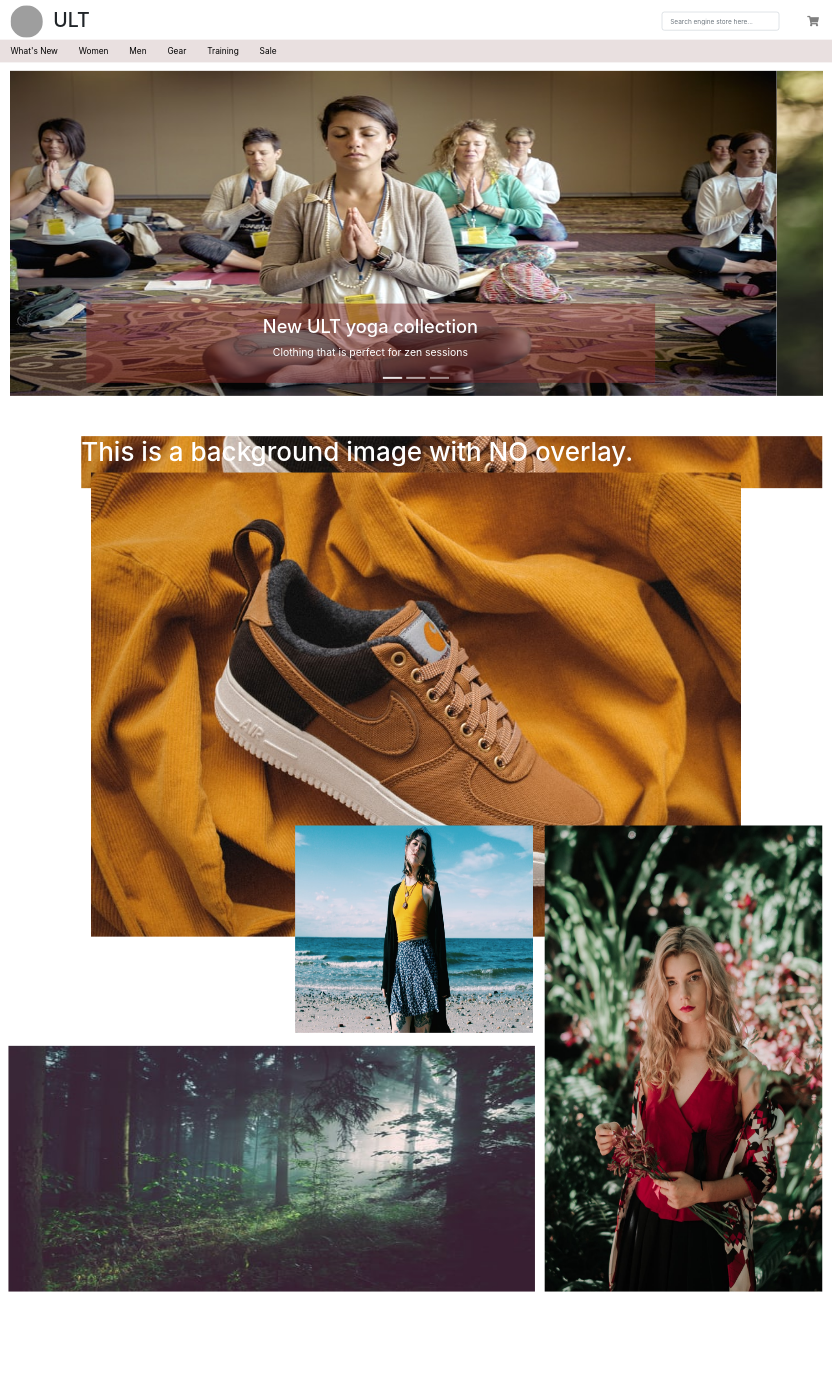
Repository: Ajtheult/Luma-Challenge-Site
Page: /
These files come from the project's save history. The page is drawn as it stood at one moment and after the next save; the edit follows.
The browser window is 1280 px wide. The pictures show the whole page, at 65% of full size.
Pictures or frames that could not be fetched are drawn as grey boxes. The project was rebuilt for these pictures with package versions that can differ from the ones it lists, and the page was loaded fresh each time.

Above is the page before, as saved 2020-08-31 11:53:03.

### public/index.html
<!DOCTYPE html>
<html lang="en">
  <head>
    <meta charset="utf-8" />
    <link rel="icon" href="%PUBLIC_URL%/favicon.ico" />
    <meta name="viewport" content="width=device-width, initial-scale=1" />
    <meta name="theme-color" content="#000000" />
    <meta
      name="description"
      content="Web site created using create-react-app"
    />

    <link rel="manifest" href="%PUBLIC_URL%/manifest.json" />
    <!-- Font Awesome -->
    <link
      rel="stylesheet"
      href="https://use.fontawesome.com/releases/v5.7.2/css/all.css"
      integrity="sha384-fnmOCqbTlWIlj8LyTjo7mOUStjsKC4pOpQbqyi7RrhN7udi9RwhKkMHpvLbHG9Sr"
      crossorigin="anonymous"
    />
    <!-- Font Awesome -->
    <title>E-complete</title>
  </head>
  <body>
    <noscript>You need to enable JavaScript to run this app.</noscript>
    <div id="root"></div>
  </body>
</html>

### src/App.js
import React from "react";

// Imported modules
import { BrowserRouter as Router, Switch, Route } from "react-router-dom";
// Imported modules

// Imported pages
import Home from "./components/layout/pages/Home";
// Imported pages

// Global css
import "./App.css";
// Global css

function App() {
  return (
    <Router>
      <div className="App">
        <Switch>
          <Route exact path="/" component={Home} />
        </Switch>
      </div>
    </Router>
  );
}

export default App;

### src/components/layout/pages/Home.js
import React from "react";
import Navbar from "../nav/Navbar";
import Container from "react-bootstrap/Container";
import Row from "react-bootstrap/Row";
import Col from "react-bootstrap/Col";
import Carousel from "react-bootstrap/Carousel";
// Images
import yoga from "../resources/yoga.jpg";
import yogatwo from "../resources/yoga-two.jpg";
import yogathree from "../resources/yoga-three.jpg";

import shoe from "../resources/shoe.jpg";
import hoodie from "../resources/hoodie.jpg";
import beach from "../resources/beach.jpg";
import garden from "../resources/garden.jpg";
import forest from "../resources/forest.jpg";

import "./Home.css";

const Home = () => {
  return (
    <div>
      <Navbar />
      <Container fluid>
        <Row>
          <Col>
            {/* Carousel */}
            <Carousel>
              <Carousel.Item>
                <img
                  className="d-block w-100 top_size"
                  src={yoga}
                  alt="First slide"
                />
                <Carousel.Caption>
                  <h3>New ULT yoga collection</h3>
                  <p>Clothing that is perfect for zen sessions</p>
                </Carousel.Caption>
              </Carousel.Item>
              <Carousel.Item>
                <img
                  className="d-block w-100 top_size"
                  src={yogatwo}
                  alt="Third slide"
                />

                <Carousel.Caption>
                  <h3>New ULT yoga collection</h3>
                  <p>Beautiful bracelets to fit the look</p>
                </Carousel.Caption>
              </Carousel.Item>
              <Carousel.Item>
                <img
                  className="d-block w-100 top_size"
                  src={yogathree}
                  alt="Third slide"
                />

                <Carousel.Caption>
                  <h3>New ULT yoga collection</h3>
                  <p>Be happy...like her...don't you wanna be happy?</p>
                </Carousel.Caption>
              </Carousel.Item>
            </Carousel>
          </Col>
        </Row>
        <Row>
          <Col>
            <div class="container bg-no-overlay">
              <div class="row text-center">
                <h1>This is a background image with NO overlay.</h1>
              </div>
            </div>
          </Col>
          <Col>
            <img src={shoe} alt="shoe" className="clothing_size" />
          </Col>
        </Row>
        <Row>
          <Col>
            <img src={beach} alt="beach" className="middle_size" />
          </Col>
          <Col>
            <img src={garden} alt="hoodie" className="right_size" />
          </Col>
        </Row>
        <Row>
          <Col>
            <img src={forest} alt="hoodie" className="bottom_size" />
          </Col>
        </Row>
      </Container>
    </div>
  );
};

export default Home;

### src/components/layout/nav/Navbar.js
import React from "react";
import Nav from "react-bootstrap/Nav";

import Form from "react-bootstrap/Form";

import "./Navbar.css";

const Navbar = () => {
  return (
    <div>
      <Nav className="justify-content-left" activeKey="/home">
        <Nav.Link href="/home">
          <img
            src="https://images.unsplash.com/photo-1462899006636-339e08d1844e?ixlib=rb-1.2.1&ixid=eyJhcHBfaWQiOjEyMDd9&auto=format&fit=crop&w=1050&q=80"
            alt="logo"
            className="logo"
          />
        </Nav.Link>
        <h6 className="logo-text">ULT</h6>
        <Nav.Link className="search_bar">
          {" "}
          <Form>
            <Form.Row>
              <Form.Group>
                <Form.Control
                  className="search_bar"
                  type="search"
                  placeholder="Search engine store here... "
                />
              </Form.Group>
            </Form.Row>
          </Form>
        </Nav.Link>
        <Nav.Link></Nav.Link>
        <i class="fas fa-shopping-cart icon"></i>
      </Nav>
      <Nav className="justify-content-left bottom_nav" activeKey="/home">
        <Nav.Item>
          <Nav.Link href="#" className="colour_of_nav_text">
            What's New
          </Nav.Link>
        </Nav.Item>
        <Nav.Item>
          <Nav.Link href="#" className="colour_of_nav_text">
            Women
          </Nav.Link>
        </Nav.Item>
        <Nav.Item>
          <Nav.Link href="#" className="colour_of_nav_text">
            Men
          </Nav.Link>
        </Nav.Item>
        <Nav.Item>
          <Nav.Link href="#" className="colour_of_nav_text">
            Gear
          </Nav.Link>
        </Nav.Item>
        <Nav.Item>
          <Nav.Link href="#" className="colour_of_nav_text">
            Training
          </Nav.Link>
        </Nav.Item>
        <Nav.Item>
          <Nav.Link href="#" className="colour_of_nav_text">
            Sale
          </Nav.Link>
        </Nav.Item>
      </Nav>
    </div>
  );
};

export default Navbar;

### src/components/layout/pages/Home.css
.top_size {
  width: 100%;
  height: 500px;
  margin-top: 1%;
}

.bg-no-overlay {
  /* Left */
  background: url("../resources/hoodie.jpg");
  background-repeat: no-repeat;
  background-size: cover;
  background-position: center center;
  color: #fff;
  float: left;
  width: 70%;
  height: 117.5%;
  margin-top: 5%;
}

.bg-no-overlay {
  /* top */
  background: url("../resources/shoe.jpg");
  background-repeat: no-repeat;
  background-size: cover;
  background-position: center center;
  color: #fff;
  width: 132%;
  height: 67%;
  margin-top: 5%;
  float: right;
}

.middle_size {
  width: 60%;
  height: 70%;
  margin-top: -28%;
  margin-left: 72%;
  z-index: -1;
}

.right_size {
  width: 70%;
  height: 157.5%;
  margin-top: -28%;
  margin-left: 20%;
  float: right;
  z-index: -1;
}

.bottom_size {
  width: 64.8%;
  height: 150%;
  margin-top: -23%;
  margin-left: -35.5%;
  z-index: -1;
}

.carousel-caption {
  background-color: rgba(129, 41, 41, 0.493);
  width: 70%;
}

### src/components/layout/nav/Navbar.css
.bottom_nav {
  background-color: rgb(233, 224, 224);
  margin-top: -10px;
}

.colour_of_nav_text {
  color: black;
  font-size: 80%;
}

.logo {
  width: 50px;
  height: 50px;
  border-radius: 50%;
}

.logo-text {
  margin-top: 13px;
  font-size: 30px;
}

.search_bar {
  margin-left: auto;
  margin-top: 5px;
  font-size: 10px;
}

.icon {
  margin-top: 25px;
  margin-right: 20px;
  color: grey;
}

Loaded but not shown: src/index.js (common file); src/App.css (common file)

After the next save:
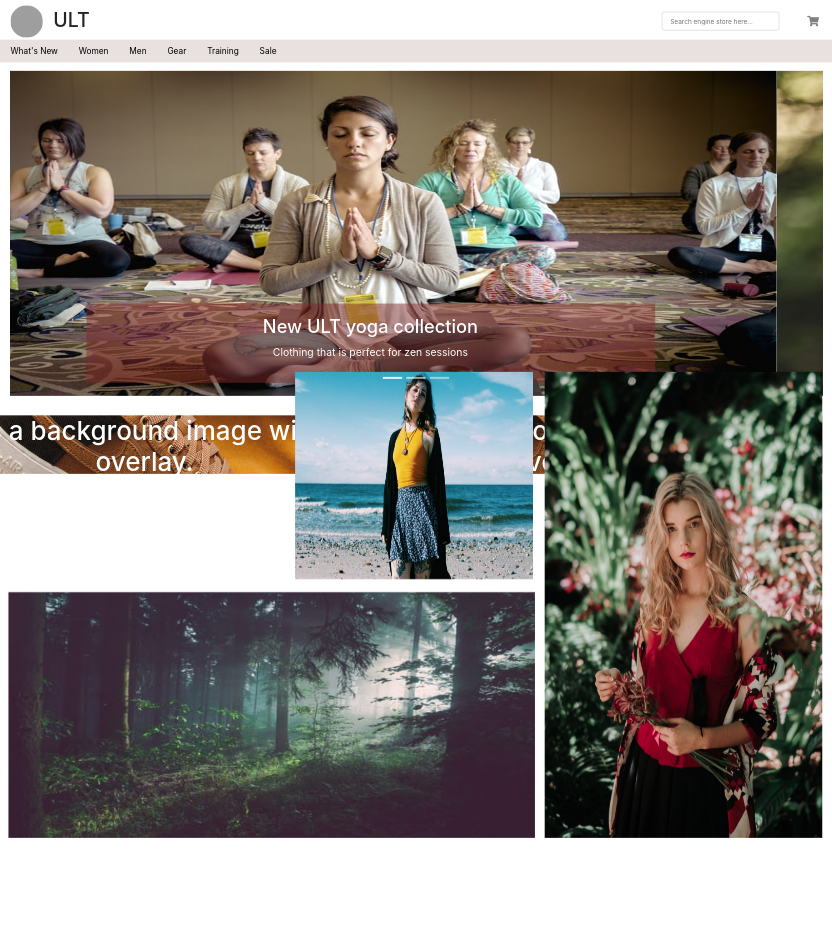
Saved 10 s later.
--- a/src/components/layout/pages/Home.js
+++ b/src/components/layout/pages/Home.js
@@ -73,7 +73,12 @@
             </div>
           </Col>
           <Col>
-            <img src={shoe} alt="shoe" className="clothing_size" />
+            <div class="container bg-no-overlay">
+              <div class="row text-center">
+                <h1>This is a background image with NO overlay.</h1>
+              </div>
+            </div>
+            {/* <img src={shoe} alt="shoe" className="clothing_size" /> */}
           </Col>
         </Row>
         <Row>
